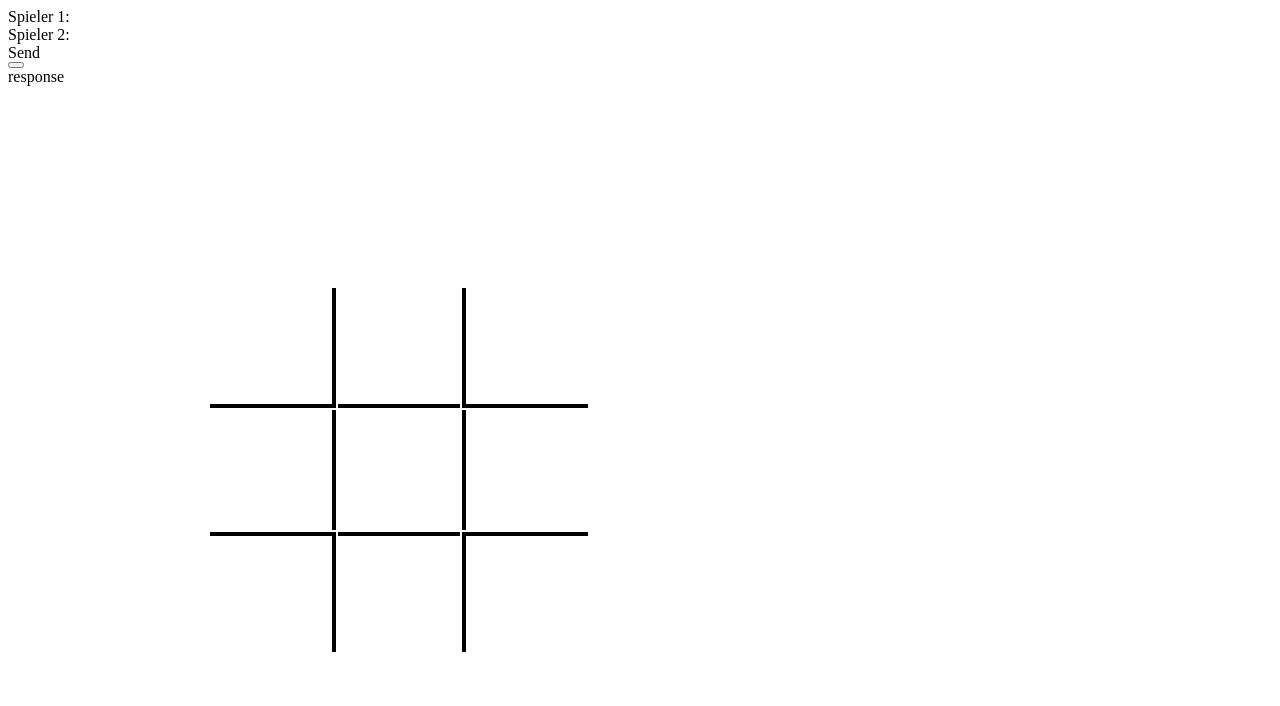
Repository: BKMaster94/Proggen_testat_2
Page: Proggen_testat_2/HTML/Index.html
The author's editor kept a copy of each file at every save. The page is drawn from the files as they stood at one save, then again after the next save.
The browser window is 1280 px wide. The pictures show the whole page.

Above is the page before, as saved 2017-06-12 16:55:38.
Console error: SyntaxError: Unexpected end of input

After the next save:
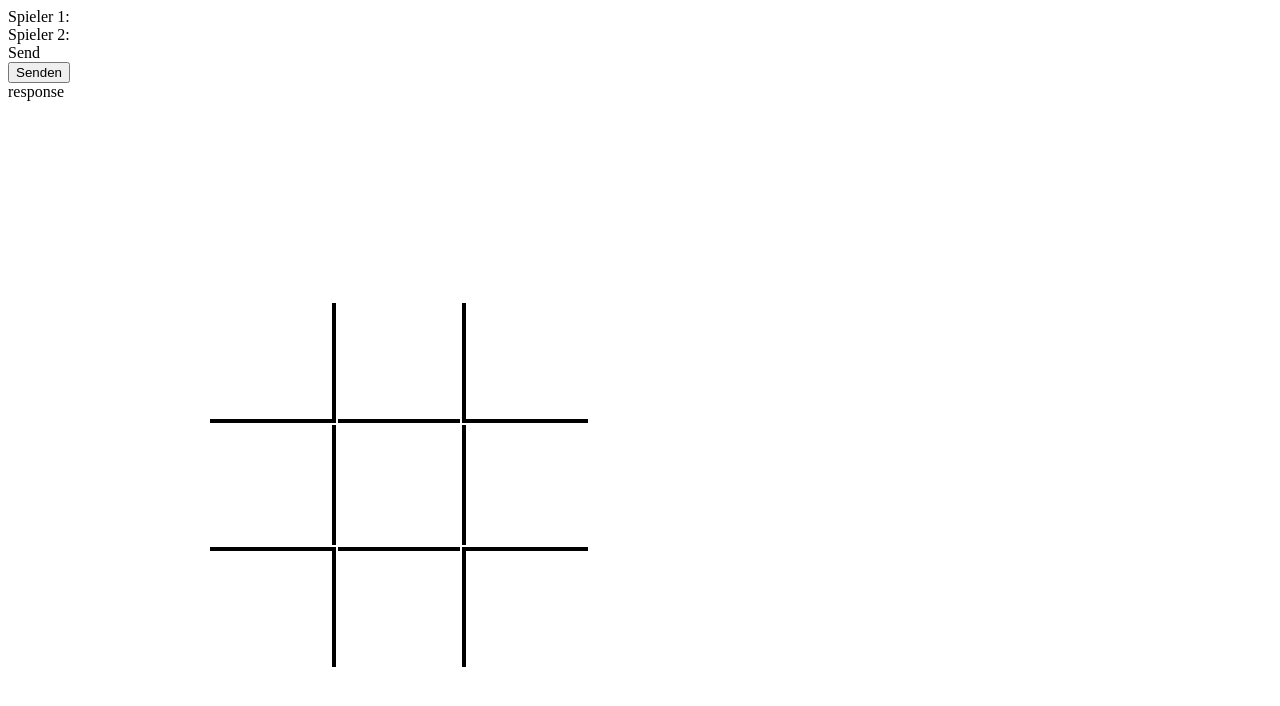
Saved 4 s later.
--- a/Proggen_testat_2/HTML/Index.html
+++ b/Proggen_testat_2/HTML/Index.html
@@ -64,7 +64,7 @@
 <div> Spieler 1: </div> <div> Spieler 2: </div>
 
 <div onclick="sendRequest()"> Send </div>
-<button onclick="sendRequest()"></button>
+<button onclick="sendRequest()"> Senden </button>
 <div onclick="getResponse()"> response </div>
 
 
